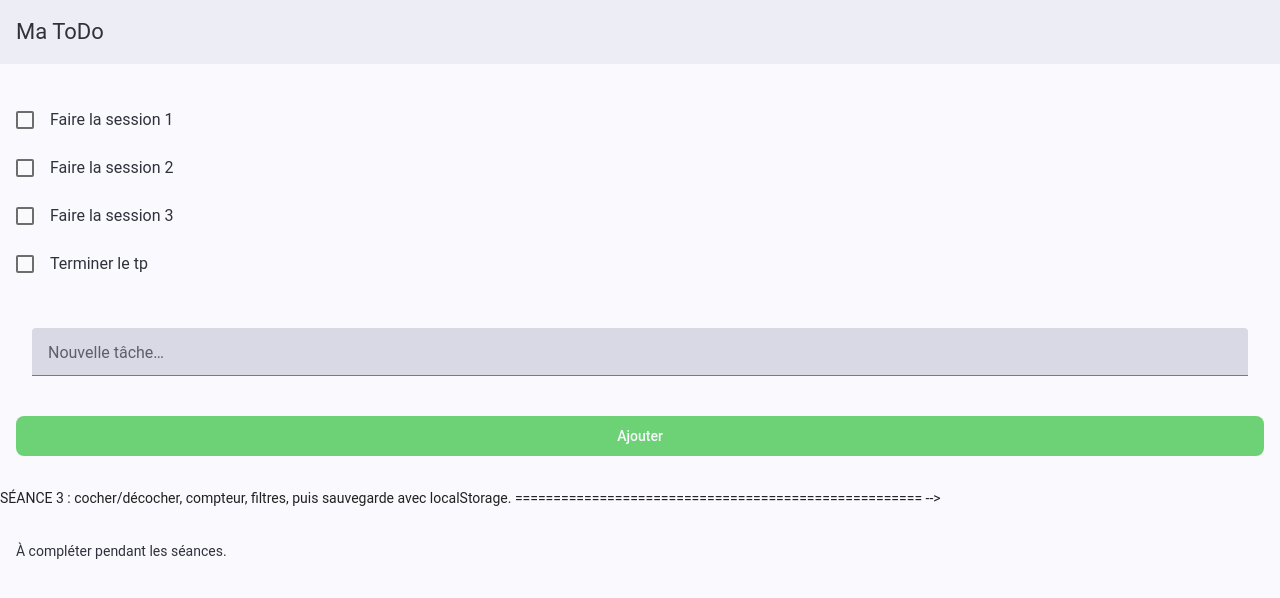
Repository: Hashidaru978/MaToDo-F7
Page: index.html
An editor plug-in stored every save of this project. The page is shown before and after the next save, followed by the edit.
The browser window is 1280 px wide. The pictures show the whole page.

Above is the page before, as saved 2026-05-29 00:02:13.

After the next save:
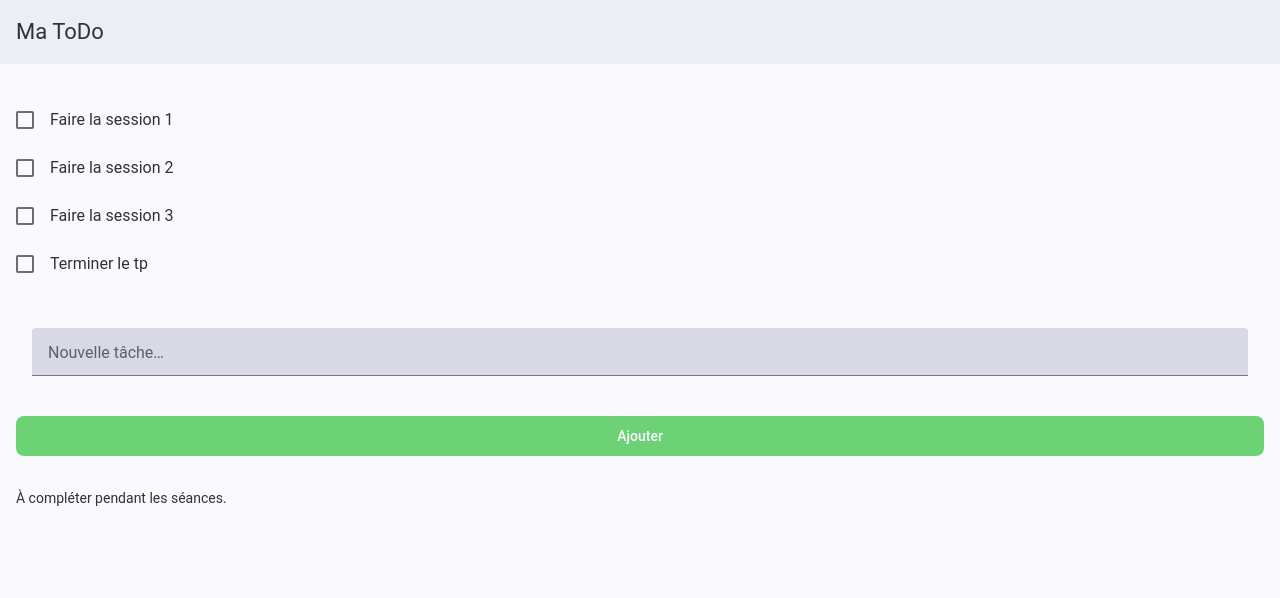
Saved 27 s later.
--- a/index.html
+++ b/index.html
@@ -102,7 +102,7 @@
                         <a href="#" class="button button-fill" id="btn-ajouter">Ajouter</a>
                     </div>
 
-               SÉANCE 3 : cocher/décocher, compteur, filtres,
+              <!-- SÉANCE 3 : cocher/décocher, compteur, filtres,
                  puis sauvegarde avec localStorage.
                ===================================================== -->
                     <div class="block">
